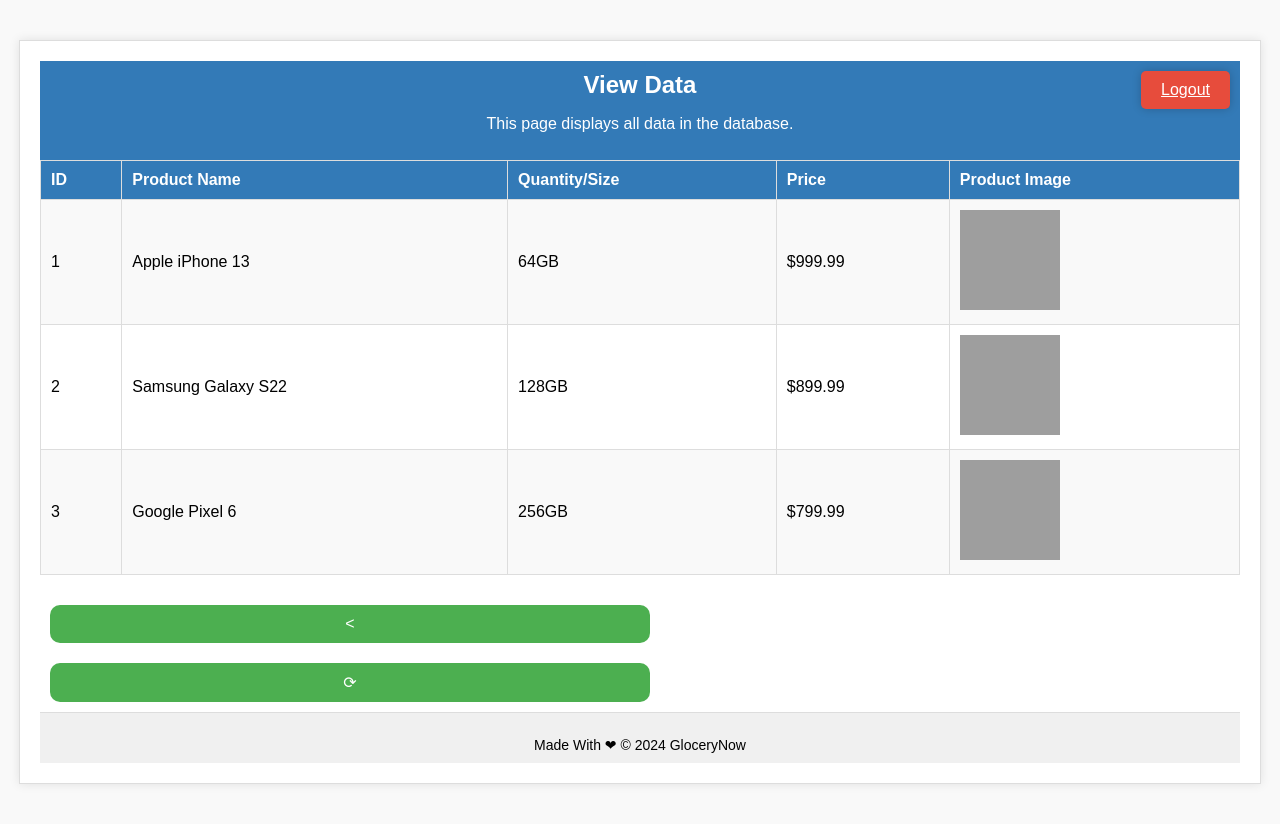
Repository: shamchiwade/GroceryNow
Page: http://localhost/ShopManagement/viewData.jsp
The author's editor kept a copy of each file at every save. The page is drawn from the files as they stood at one save, then again after the next save.
The browser window is 1280 px wide. The pictures show the whole page.
Pictures or frames that could not be fetched are drawn as grey boxes. The page is served by Tomcat 10. Nobody is signed in. The application's start-up code is not run. Other server files are loaded and not shown.

Above is the page before, as saved 2024-10-07 19:46:58.

### ShopManagement/src/main/webapp/viewData.jsp
<!-- viewData.jsp -->

<%@ page language="java" contentType="text/html; charset=UTF-8"
	pageEncoding="UTF-8"%>
<!DOCTYPE html>
<html>
<head>
<title>View Data</title>
<style>
body {
	font-family: Arial, sans-serif;
	margin: 0;
	padding: 0;
	background-color: #f9f9f9;
}

.admin-container {
	max-width: 1200px;
	margin: 40px auto;
	padding: 20px;
	background-color: #fff;
	border: 1px solid #ddd;
	box-shadow: 0 0 10px rgba(0, 0, 0, 0.1);
}

.admin-header {
	background-color: #337ab7;
	color: #fff;
	padding: 10px;
	text-align: center;
	border-bottom: 1px solid #337ab7;
	position: relative;
}

.admin-header h1 {
	margin-top: 0;
	font-size: 24px;
}

.logout-button {
	position: absolute;
	top: 10px;
	right: 10px;
	background-color: #e74c3c;
	color: #fff;
	padding: 10px 20px;
	border: none;
	font-size: 16px;
	cursor: pointer;
	border-radius: 5px;
	box-shadow: 0 0 10px rgba(0, 0, 0, 0.2);
}

.logout-button:hover {
	background-color: #c0392b;
}

.data-table {
	width: 100%;
	border-collapse: collapse;
	margin-bottom: 20px;
}

.data-table th, .data-table td {
	border: 1px solid #ddd;
	padding: 10px;
	text-align: left;
}

.data-table th {
	background-color: #337ab7;
	color: #fff;
}

.data-table tr:nth-child(even) {
	background-color: #f9f9f9;
}

.data-table tr:hover {
	background-color: #f2f2f2;
}

.admin-footer {
	background-color: #f0f0f0;
	padding: 10px;
	text-align: center;
	clear: both;
	border-top: 1px solid #ddd;
}

.admin-footer p {
	margin-bottom: 0;
	font-size: 14px;
}

.btn {
	padding: 10px 20px;
	border-radius: 10px;
	border: none;
	color: white;
	cursor: pointer;
	background-color: #4CAF50;
	width: 50%;
	font-size: 16px;
	margin: 10px;
}

.btn:hover {
	background-color: #3e8e41;
}
</style>
</head>
<body>
	<div class="admin-container">
		<div class="admin-header">
			<h1>View Data</h1>
			<p>This page displays all data in the database.</p>
			<a href="logout.jsp" class="logout-button">Logout</a>
		</div>
		<table class="data-table">
			<tr>
				<th>ID</th>
				<th>Product Name</th>
				<th>Quantity/Size</th>
				<th>Price</th>
				<th>Product Image</th>
			</tr>
			<tr>
				<td>1</td>
				<td>Apple iPhone 13</td>
				<td>64GB</td>
				<td>$999.99</td>
				<td><img src="https://example.com/iphone13.jpg" width="100"
					height="100"></td>
			</tr>
			<tr>
				<td>2</td>
				<td>Samsung Galaxy S22</td>
				<td>128GB</td>
				<td>$899.99</td>
				<td><img src="https://example.com/galaxys22.jpg" width="100"
					height="100"></td>
			</tr>
			<tr>
				<td>3</td>
				<td>Google Pixel 6</td>
				<td>256GB</td>
				<td>$799.99</td>
				<td><img src="https://example.com/pixel6.jpg" width="100"
					height="100"></td>
			</tr>
		</table>

		<button class="btn" onclick="location.href='adminHome.jsp'"><%="<"%></button>
		<button class="btn" onclick="location.href='viewData.jsp'">&#10227;</button>

		<div class="admin-footer">
			<p>Made With ❤ &copy; 2024 GloceryNow</p>
		</div>
	</div>
</body>
</html>

After the next save:
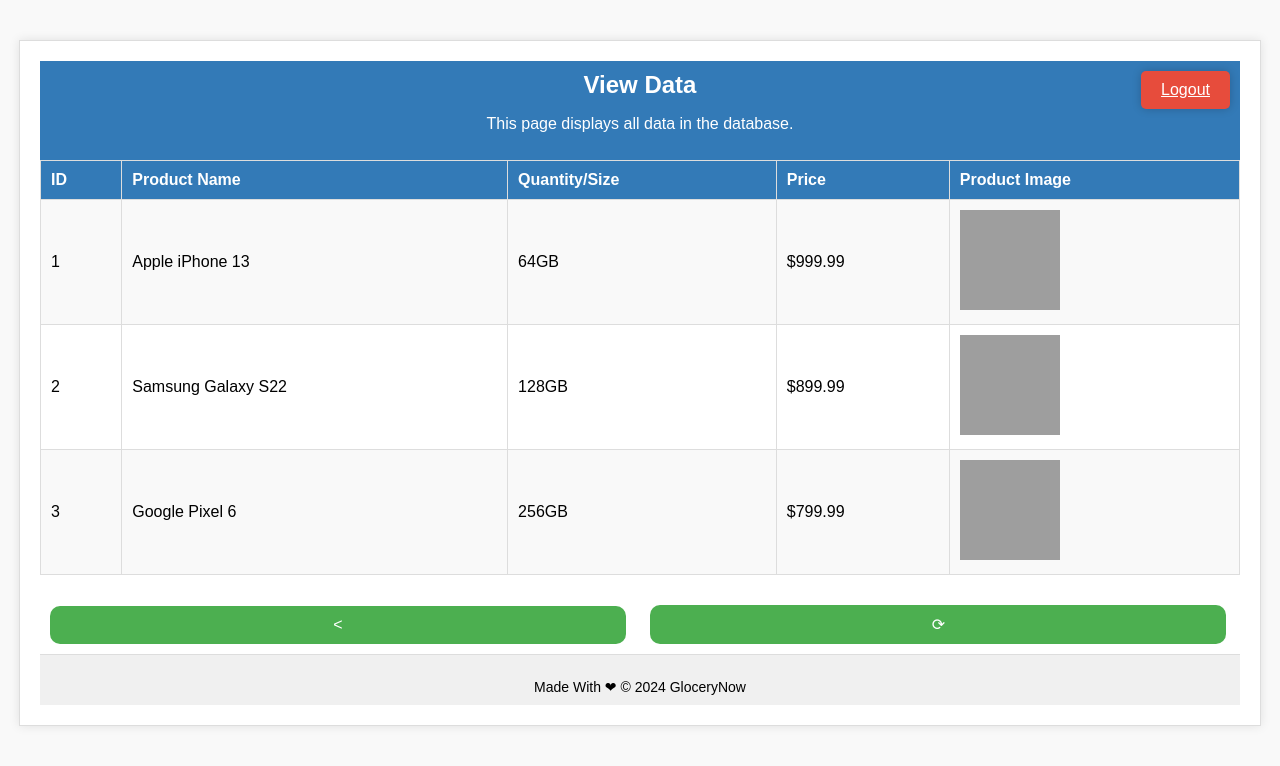
Saved 10 s later.
--- a/ShopManagement/src/main/webapp/viewData.jsp
+++ b/ShopManagement/src/main/webapp/viewData.jsp
@@ -100,7 +100,7 @@
 	color: white;
 	cursor: pointer;
 	background-color: #4CAF50;
-	width: 50%;
+	width: 48%;
 	font-size: 16px;
 	margin: 10px;
 }
